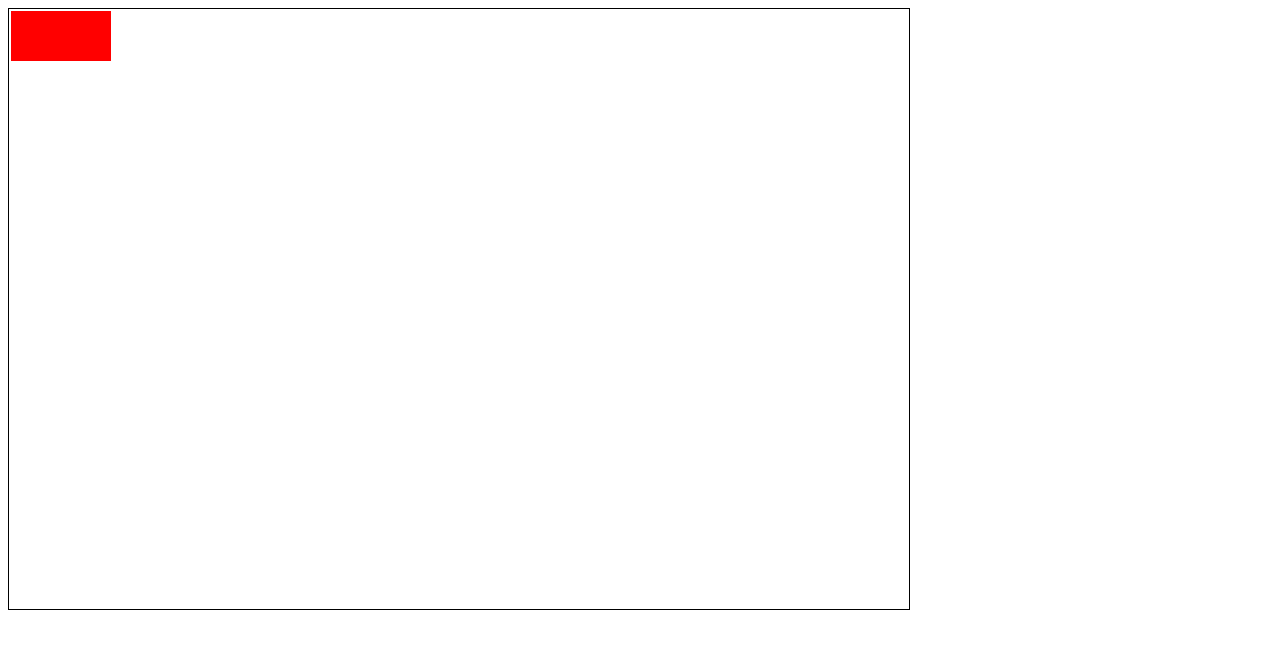
Repository: Loetitia27006/snake
Page: index.html
These files come from the project's save history. The page is drawn as it stood at one moment and after the next save; the edit follows.
The browser window is 1280 px wide. The pictures show the whole page.

Above is the page before, as saved 2023-03-22 10:59:46.

### index.html
<!DOCTYPE html>
<html lang="en">
<head>
    <meta charset="UTF-8">
    <meta http-equiv="X-UA-Compatible" content="IE=edge">
    <meta name="viewport" content="width=device-width, initial-scale=1.0">
    <title>Snake</title>
</head>
<body>

</body>
<script src="script.js"></script>
</html>

### script.js
window.onload = function(){
    var canvas;
    var ctx;
    var delay = 1000;
    var xCoord = 0;
    var yCoord = 0;

    init();

    function init() {
        canvas = document.createElement("canvas");
        canvas.width = 900;
        canvas.height = 600;
        canvas.style.border = "1px solid";
        document.body.appendChild(canvas);
        ctx = canvas.getContext("2d");
       refreshCanvas();
    }

    function refreshCanvas() {
         xCoord += 2;
         yCoord += 2;
         ctx.clearRect(0, 0, canvas.width, canvas.height);
         ctx.fillStyle = "#FF0000";
         ctx.fillRect(xCoord, yCoord, 100, 50);
    }

}

After the next save:
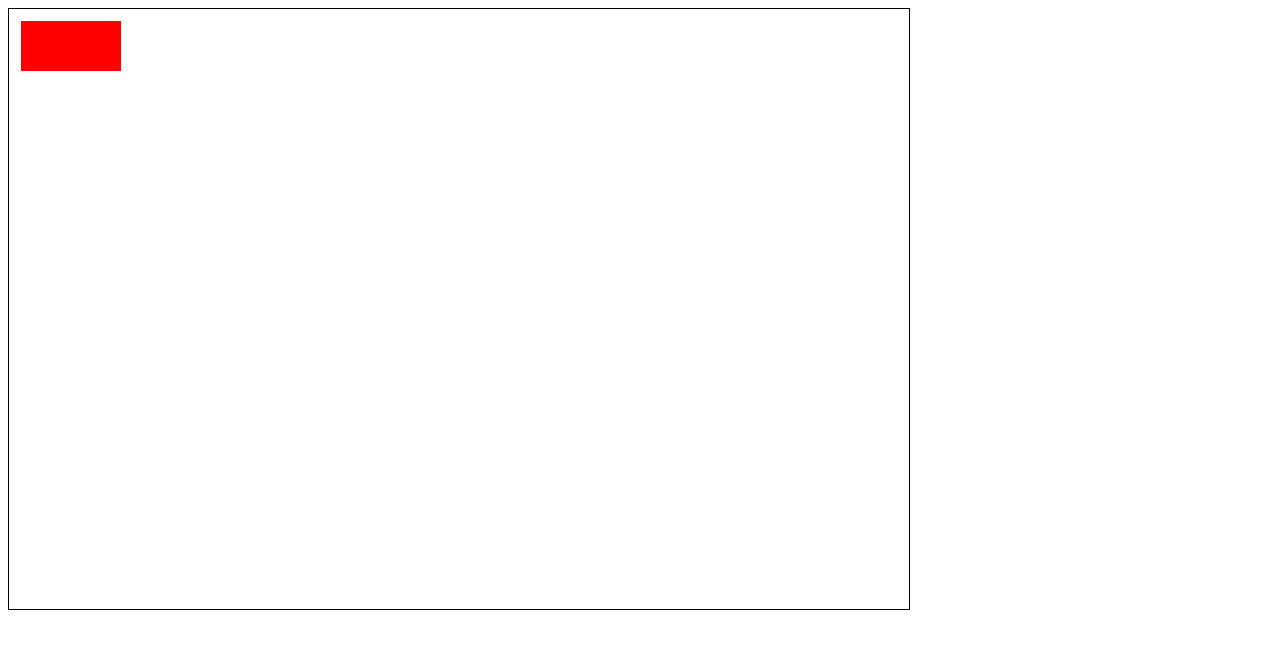
Saved 48 min 13 s later.
--- a/script.js
+++ b/script.js
@@ -23,6 +23,7 @@ window.onload = function(){
          ctx.clearRect(0, 0, canvas.width, canvas.height);
          ctx.fillStyle = "#FF0000";
          ctx.fillRect(xCoord, yCoord, 100, 50);
+         setTimeout(refreshCanvas, delay)
     }
 
 }
